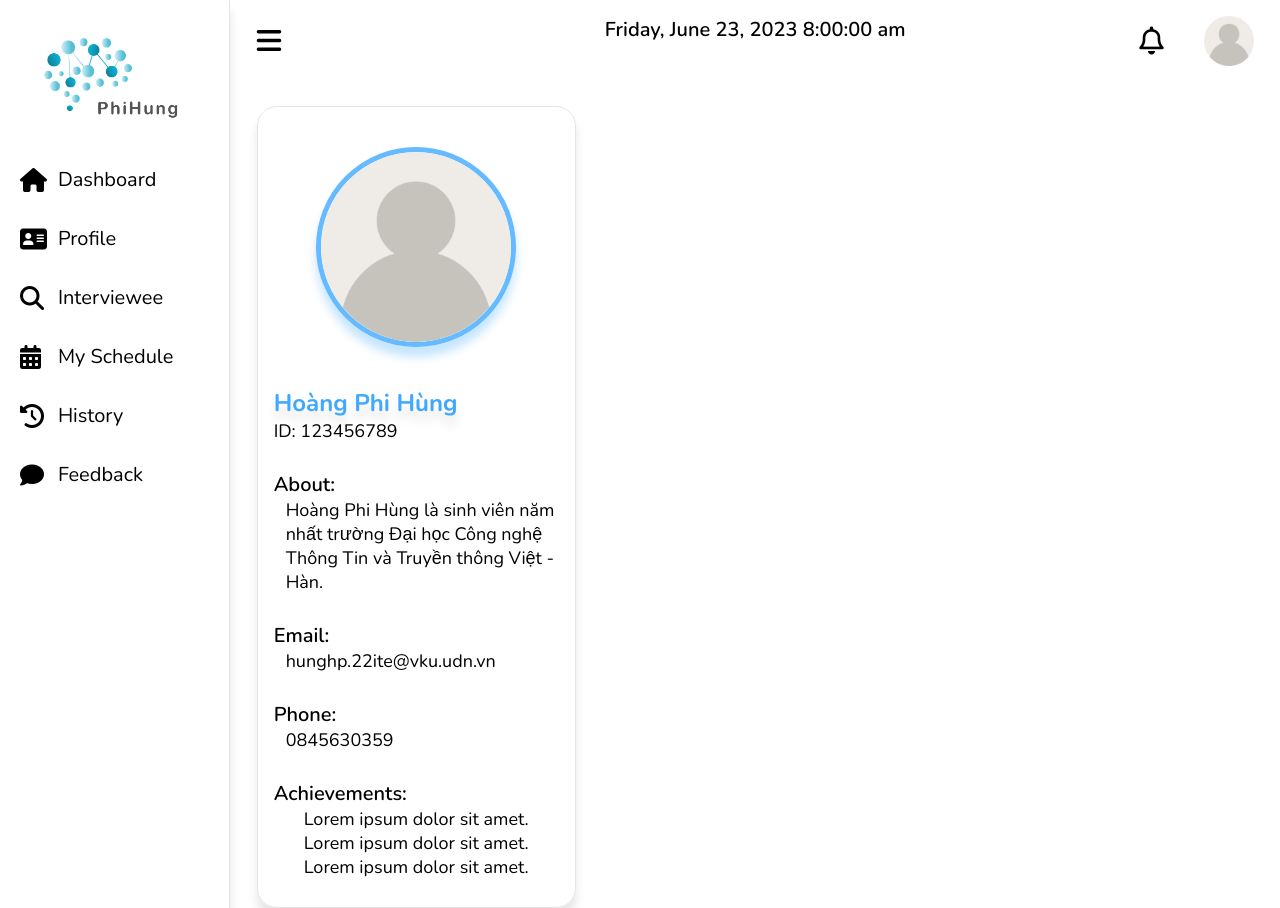
Repository: hphihungit/InterviewService
Page: interviewee.html
These files come from the project's save history. The page is drawn as it stood at one moment and after the next save; the edit follows.
The browser window is 1280 px wide. The pictures show the whole page.

Above is the page before, as saved 2023-06-01 00:24:16.

After the next save:
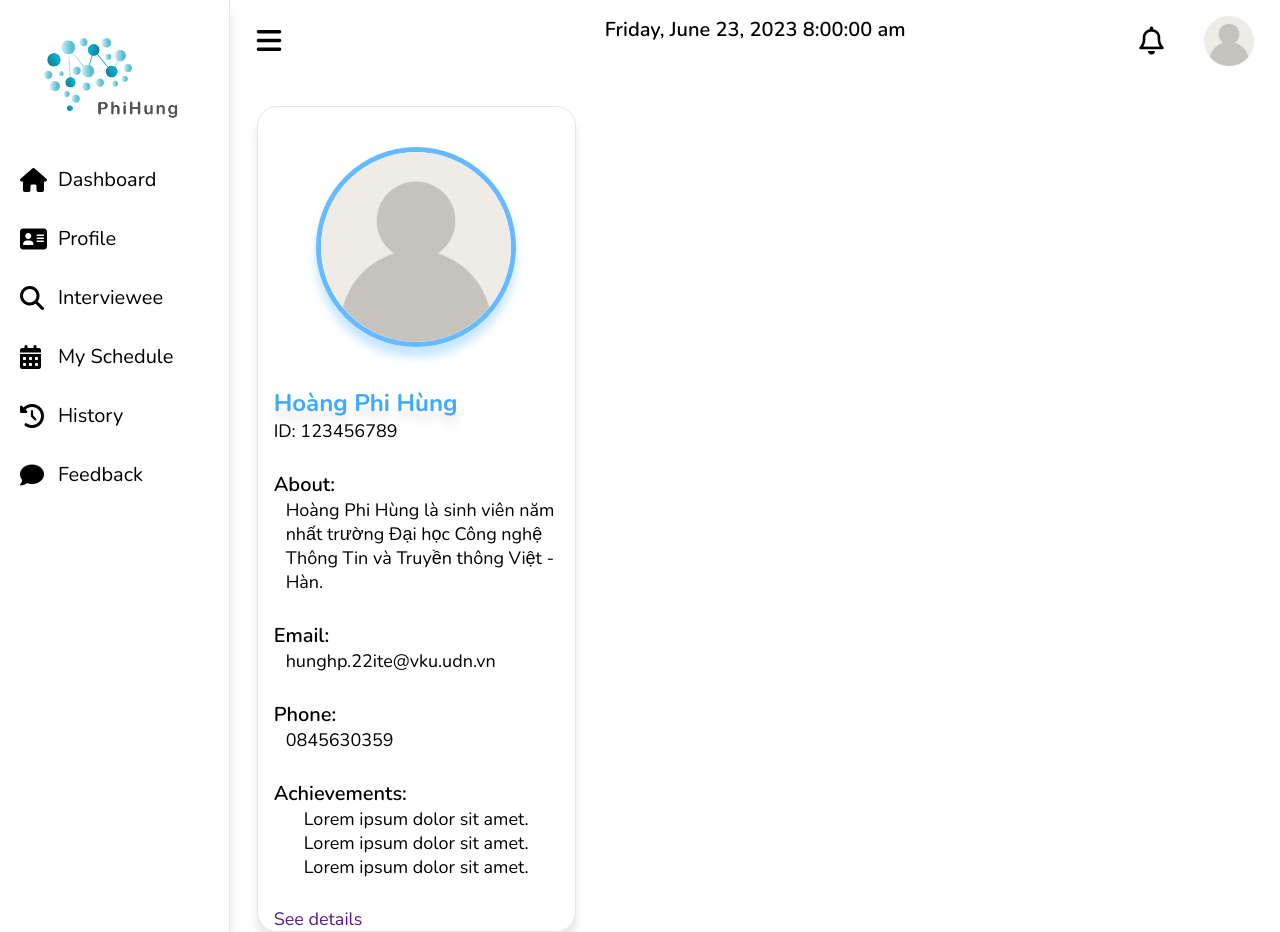
Saved 66 s later.
--- a/interviewee.html
+++ b/interviewee.html
@@ -111,6 +111,8 @@
                             <li class="cv__info--item">Lorem ipsum dolor sit amet.</li>
                         </ul>
                     </div>
+
+                    <a href="" class="cv__all">See details</a>
                 </div>
 
                 <div class="info">
